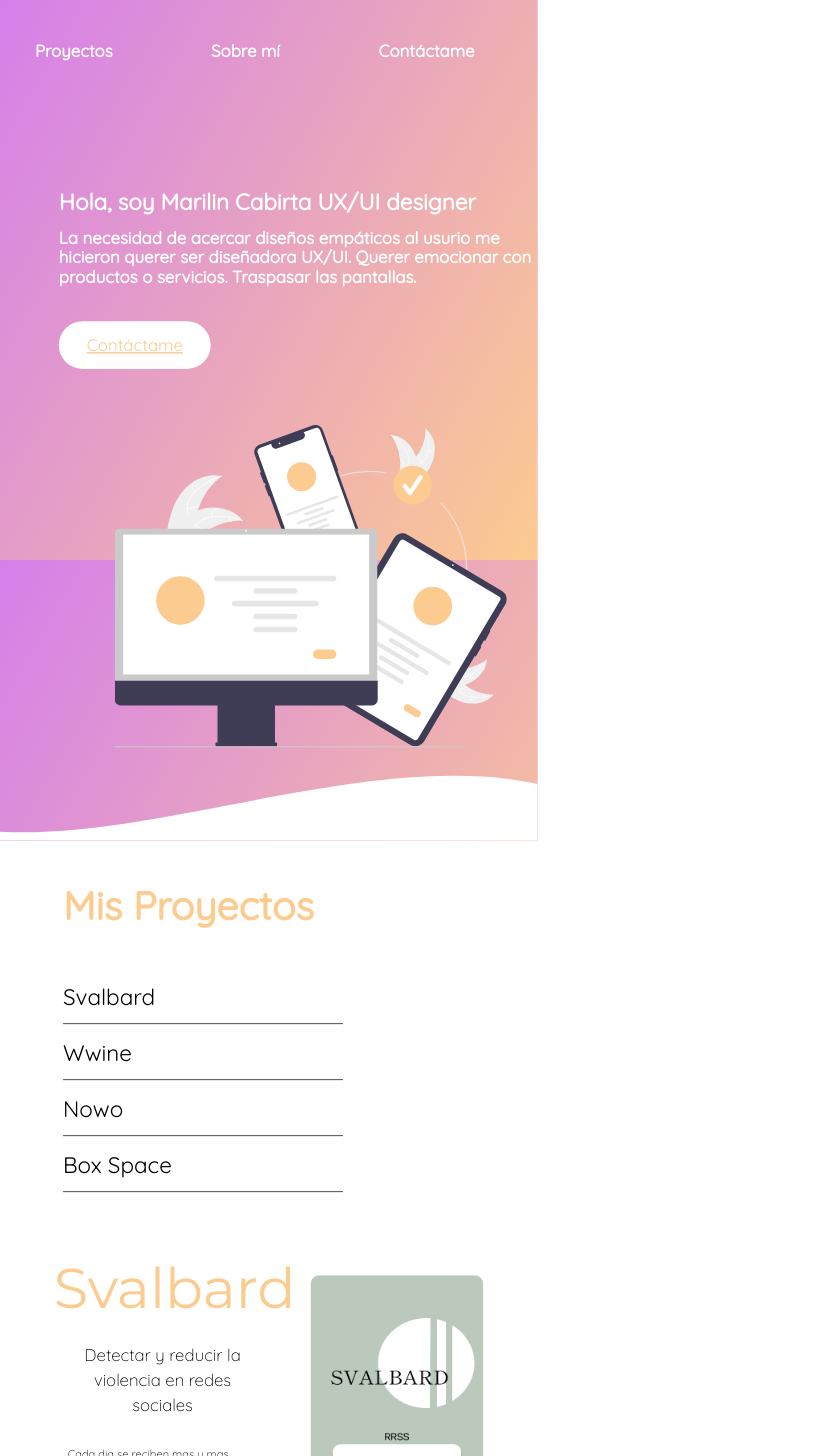
Repository: Marilyncabirta/portfolioHTML
Page: index.html
The author's editor kept a copy of each file at every save. The page is drawn from the files as they stood at one save, then again after the next save.
The browser window is 768 px wide. The page is 844 px wide, then 1177 px, so the pictures cover 1177 px, including what lies to the right of the window. The pictures show the part of the page from y = 0 to 2080 px (the page is 4852 px tall before and 4599 px after), at 70% of full size.
Backgrounds fixed to the window are drawn as part of the page. Some web libraries are served in a nearby version.

Above is the page before, as saved 2022-12-16 13:40:49.

### index.html
<!DOCTYPE html>
<html lang="es">
<head>
    <meta charset="UTF-8">
    <meta name="viewport" content="width=device-width, initial-scale=1.0">
    <title>Portafolio AlexCG</title>
    <link rel="stylesheet" href="css/normalize.css">
    <link rel="stylesheet" href="css/estilos.css">
    <link rel="preconnect" href="https://fonts.googleapis.com">
<link rel="preconnect" href="https://fonts.gstatic.com" crossorigin>
<link href="https://fonts.googleapis.com/css2?family=Montserrat:wght@100;400;700&family=Quicksand:wght@300;400&display=swap" rel="stylesheet">
</head>


<body>

    <header class="hero">
        <div class="contenedor">
            <nav class="nav">
                <a href="" class="nav__items nav__items--cta">Proyectos</a>
                <a href="" class="nav__items">Sobre mí</a>
                <a href="" class="nav__items">Contáctame</a>
            </nav>

            <section class="hero__contenedor">
                <div class="hero__texts">
                    <h1 class="hero__title">Hola, soy Marilin Cabirta UX/UI designer</h1>
                    <h2 class="hero_subtitle">La necesidad de acercar diseños empáticos al usurio me hicieron querer ser diseñadora UX/UI. Querer emocionar con productos o servicios. Traspasar las pantallas.</h2>
                    <a href="" class="hero_cta">Contáctame</a>
                </div>
                <div class="contenedor_ilustraciones">
                    <img class="hero_image" src="assets/hero1.svg" alt="marilincabirta">
                </div>
            </section>
        </div>
        <div>
            <div class="hero_wave" style= "overflow:hidden;" ><svg viewBox="0 0 500 150" preserveAspectRatio="none" style="height: 100%; width: 100%;"><path d="M-0.56,130.76 C150.00,150.00 349.20,-49.99 503.38,30.10 L500.00,150.00 L0.00,150.00 Z" style="stroke: none; fill: #fff;"></path></svg></div>
        </div>
    </header>

    <main >
        <section class="presentacion__container">
            <h2 class="subtitle--h2">Mis Proyectos</h2>
            <div class="lista">
                <ul>
                    <li><a class="nombres" href="#">Svalbard<a></li>
                        <div class="linea"></div>
                    <li><a class="nombres" href="#">Wwine</a></li>
                        <div class="linea"></div>
                    <li><a class="nombres" href="#">Nowo</a></li>
                        <div class="linea"></div>
                    <li><a class="nombres" href="#">Box Space</a></li>
                        <div class="linea"></div>

                </ul>
            </div>
        </section>

        <section class="about__container">
            <div class="about__texts">
                <h2 class="subtitle">Svalbard</h2>
                <p class="about__paragraph">Detectar y reducir la violencia en redes sociales</p>
                <p class="about__content">Cada dia se reciben mas y mas denuncias por acoso en redes, se usa la anonimidad para sacar a relucir lo peor del ser humano. En base a esto creamos SVALBARD. Desarrollada para conocer quien esta detrás de mensajes toxicos, fotos de perfil amigables, y cual es el historial de nuestros seguidores. Conoce más!</p>
                <a class="about__button" href="">Conoce más</a>
            </div>
            <div class="about__img">
                <img class="about__picture" src="assets/LOG IN.png"   alt="">
            </div>
        </section>

        <section class="about__container">
            <div class="about__img">
                <img src="assets/wwine mockup.jpg" class="about__picture"alt="">
            </div>
            <div class="about__texts">
                <h2 class="subtitle">Wwine</h2>
                <p class="about__paragraph">¿Quién no ha deseado alguna vez poder saber más de un vino antes de comprarlo?</p>
                <p class="about__content">Le damos forma a los deseos de todos los consumidores de vino y desarrollamos este dispositivo para poder conocer las propiedades olfativas de un vino antes de comprarlo. No nos crees? Te contamos más!</p>
                <a class="about__button" href="">Conoce más</a>
            </div>

        </section>

        <section class="about__container">
            <div class="about__texts">
                <h2 class="subtitle">Nowo</h2>
                <p class="about__paragraph">Mejoramos tu forma de viajar</p>
                <p class="about__content">Millones de personas se desplazan todos los días por ocio o por trabajo y su principal carga son las maletas. Venimos a revolucionar el concepto de viajar. Nosotros nos ocupamos de las maletas, ofreciéndote los packs más completos para que nada te falte!</p>
                <a class="about__button" href="">Conoce más</a>
            </div>
            <div class="about__img">
                <img src="assets/Nowo by rebellion 1.jpg" class="about__picture" alt="">
            </div>
        </section>

        <section class="about__container">
            <div class="about__img">
                <img src="assets/mock uo.jpg" class="about__picture" alt="">
            </div>
            <div class="about__texts">
                <h2 class="subtitle">Box Space</h2>
                <p class="about__paragraph">Como conseguimos que haya más usuarios en los parques urbanos?</p>
                <p class="about__content">Esta App fue creada para mejorar la asistencia a los parques urbanos. En un mundo con prisas, acercamos la tecnología y la era digital a aquellos entornos naturales que nos encanta disfrutar, pero que todavía no nos permiten desarrollar todas nuestras facetas diarias cómodamente.Descúbrela!</p>
                <a class="about__button" href="">Conoce más</a>
            </div>

        </section>

    </main>

    <footer class="footer">
        <div container class="container footer__grid">
            <nav class="nav nav--footer">
                <a class="nav_items nav__items--footer" href="">Inicio </a>
                <a class="nav_items nav__items--footer" href="">Sobre mí</a>
                <a class="nav_items nav__items--footer" href="">Proyectos</a>
            </nav>

            <section class="footer__contact">
                <h3 class="footer__title"> Contáctame</h3>
                <div class="footer__icons">
                    <span class="footer__container-icons">
                        <a href="#" class="fab fa-medium footer__icon"></a>
                    </span>
                    <span class="footer__container-icons">
                        <a href="#" class="fab fa-linkedin footer__icon"></a>
                    </span>
                    <span class="footer__container-icons">
                        <a href="#" class="fab fa-mailchimp footer__icon"></a>
                    </span>

                </div>
            </section>



        </div>
    </footer>







    <script src="https://kit.fontawesome.com/b4fd9d412c.js" crossorigin="anonymous"></script>
</body>
</html>

### css/estilos.css

@import url('https://fonts.googleapis.com/css2?family=Montserrat:wght@100;400;700&family=Quicksand:wght@300;400&display=swap');


:root{
    --background:linear-gradient(120deg,#d57feb   0%,#fccb90 100%);
    --color-secondary:#fccb90;
    --color-primary: white;
    --boton-padding: 20px 40px;
}
body{

    font-family: 'Montserrat', sans-serif;
    font-family: 'Quicksand', sans-serif;
}

.hero{
    width:100%;
    background-image: var(--background);
    background-repeat: no-repeat;
    background-attachment: fixed;
    position: relative;
}

.contenedor{
  padding: 20px;

}
.hero__contenedor{
    width: 100%;
    max-width: 1140px;
    height: fit-content;
    display: grid;
    grid-template-columns: 1fr 1fr ;
    height: 100%;
    justify-content: space-evenly;
    align-items: center;
    padding-bottom: 50px;
    margin: 60px;

}


.contenedor_ilustraciones{
    width: 800px;
    height: auto;
    text-align: center;
    justify-content: center;
}

.hero__texts{
    width: 50%;
    height: inherit;
    color: white;
    margin-top: 20px;
    margin: 0 60px;
}
.hero_image{
    width: 70%
}

.hero_wave{
    position: absolute;
    bottom: 0;
    left: 0;
    height: 100px;
    width: 100%;
}

.nav{
    display: flex;
    justify-content: flex-end;
    height: 80px;
    align-items: right;
    font-weight: 700;
    margin-top: 30px;

}

.nav--footer{
    font-weight: 300;
    justify-content: flex-start;
}

.nav__items{
    color: white;
    text-decoration: none;
    font-size: 32px;
    padding: 20px 15px;
    margin-right: 40px;
    font-weight: inherit;
}

.nav__items--cta{
    border: 2px solid white;
    border-radius: 40px;
}

.nav__items:hover{
    text-decoration: underline;
}
.nav__items--footer{
    padding: 10px;
}



.hero_cta{
    display: inline-block;
    font-size: 24px;
    background-color: var(--color-primary);
    color: #fccb90;
    padding: 20px 40px;
    margin-top: 30px;
    border-radius: 40px;
    text-align: center;
    justify-content: center;
}

.hero__texts{
    width: 90%;
    margin: 40px;
}

.hero__title{
    font-size: 60px;
    margin-top: 80px;

}

.hero__subtitle{
    font-size: 2rem;
    font-weight: 400;
    margin: 20px 0;
}

/* presentacion proyectos */



.presentacion__container{
    width: 60%;
    height: auto;
    padding-top: 0;
    text-align: center;
    text-decoration: none;
    margin-left: 50px;
}

.subtitle{
    font-size: 56px;
    color:var(--color-secondary);
    padding-bottom: 10px;
    font-weight: 700;
    text-align: center;
    margin: 40px;
}
.subtitle--h2{
    font-size: 56px;
    color:var(--color-secondary);
    padding-bottom: 10px;
    font-weight: 700;
    text-align: center;
    margin: 60px 40px;
    text-align: left;
}

.presentacion__container li{
    font-size: 32px;
    margin-top: 10px;
    padding: 10px 0;
    text-decoration: none;
}

.lista li{
 text-decoration: none;
 list-style: none;
 text-align: left;

}

.lista a{
    text-decoration: none;
    color: black;

}

.lista li:hover{
    font-size: 3.5rem;
    transition: 1s;
}

.lista div{
    border-top: 1px solid black;
    height: 2px;
    max-width: 400px;
    padding: 0;
    margin: 10px 0 auto 0;

}

.about__container{
    width: 70%;
    min-height: 800px;
    max-width: 1300px;
    height: auto;
    display: grid;
    grid-template-columns: 1fr 1fr ;
    margin: 60px auto;
    background-color: var(--color-primary);
    align-items: center;

}

.about__texts{

    justify-content: center;
    text-align: left;
    margin: 20px ;

}
.about__img{
     justify-content: center;
    text-align: center;
    margin: 20px;

}

.subtitle{
    font-size: 80px;
    font-family: "Montserrat";
    font-weight: 400;
    margin: 10px auto;

}



.about__picture{
    width: 250px;
    height: 500px;
    max-height: 800px;
}

.about__paragraph{
    margin: 20px;
    line-height: 1.5;
    font-weight: 300;
    font-size: 24px;
}

.about__content{
    font-size: 16px;
    margin: 40px 20px;
    text-align: left;
    line-height: 1.5;
    font-weight: 300;
}

.about__button{
    margin: 60px 20px;
    padding: 10px 10px;
    background-color:var(--color-secondary);
    color: white;
    border-radius: 20px;
    text-align: center;
    text-decoration: none;
}

/* footer */

.footer{
    background:var(--background);
    padding-bottom: 40px;



}

.footer__grid{
    display: grid;
    grid-template-columns: 3fr 2fr;
    gap: 20px;
    align-items: center;
    margin: 40px;
}

.nav_items{
    text-decoration: none;
    color: white;
    font-size: 20px;
    margin:0 0 0 10px;
}

.footer__title{
    font-weight: 400;
    color: white;
    font-size:2rem ;
    margin-bottom: 20px;
    text-align: center;
}

.footer__icons{
    display: flex;
    justify-content: space-evenly;
    font-size: 32px;
}

.footer__container-icons{
    display: inline-block;
    width: 60px;
    height: 60px;
    color: white;
    text-align: center;
    border: 1px solid white;
    border-radius: 50%;

}

.footer__icon{
    color: white;
    text-decoration: none;
    font-size: 30px;

}

.fab.footer__icon{
line-height: 60px;
text-decoration: underline;
}


/* responsive design */

@media screen and (max-width:800px){
        :root{
            --botton-padding:18px 40px;
        }

        .nav{
            justify-content:space-between
        }
        .nav__items--cta{
            border: none;
        }

        .nav__items{
            color: white;
            text-decoration: none;
            font-size: 24px;
            padding: 10px 30px;
            font-weight: inherit;
        }

        .nav__items--footer{
            border: none;
        }

        .hero__contenedor{
            display: grid;
            grid-template-columns: 1fr ;
            justify-content: center;
            align-items: center;


        }


        .hero__title{
            font-size: 2rem;
            margin-bottom: 20px;
        }

        .about__container{
            width: 80%;
            min-height: 600px;
        }
        .about__texts{
            width: 90%;
            justify-content: center;
            text-align: center;
            margin: 20px 0px;

        }

        .hero_image{
            width: 70%;
        }

        .presentacion__container{
            width: 100%;
        }

         .about__img{
            width: auto;
            text-align: center;
        }
    .footer{
        width: 100%;
        height: 200px;
    }
}

@media screen and (max-width:500px){

    :root{
        --botton-padding:15px 20px;
    }

    .hero{
        width: 100%;
        height: auto;
        position: relative;
    }
    .hero__contenedor{
        width: 100%;
        display: grid;
        grid-template-columns: 1fr;
        height: 100%;
        justify-content: center;
        align-items: center;
        padding-bottom: 80px;

    }
    .nav{
        flex-wrap: nowrap;
        justify-content: space-evenly;
        margin-top: 10px;

    }
    .nav__items--cta{
        border: none;
    }

    .nav__items{
        color: white;
        text-decoration: none;
        font-size: 20px;
        padding: 10px 20px;
        margin-right: 20px;

    }

    .nav__items--footer{
        border: none;
    }


    .hero__texts{
        margin-bottom: 50px;
        text-align: center;
    }
    .hero__title{
        font-size: 2rem;
        margin-bottom: 20px;
    }

    .hero__subtitle{
        font-size: 2rem;
        margin-bottom: 20px;
    }


    /* about */

    .subtitle{
        font-size: 2.5rem;
    }
    .about__paragraph{
        margin: 10px 10px;
        line-height: 1.5;
        font-weight: 300;
        font-size: 16px;
        text-align: left;
    }

    .about__content{
        font-size: 16px;
        margin: 10px 10px 40px 10px ;
        text-align: left;
        line-height: 1.5;
        font-weight: 300;
    }

    .nombres{
        font-size: 24px;
    }

    .about__container{
        width: 80%;
        min-height: 600px;
        height: auto;
        display: grid;
        margin: 20px auto;
        background-color: var(--color-primary);
        align-items: center;
     }

     .about__picture{
        width: 140px;
        height: 300px;
        max-height: 800px;

    }
     .contenedor_ilustraciones{
        width: 100%;
        height: auto;
        text-align: center;
        justify-content: center;
    }

    .about__texts:nth-child(2), :nth-child(4){
        grid-row: 1/2;
     }

     /* Footer */
     }

Loaded but not shown: css/normalize.css (library)

After the next save:
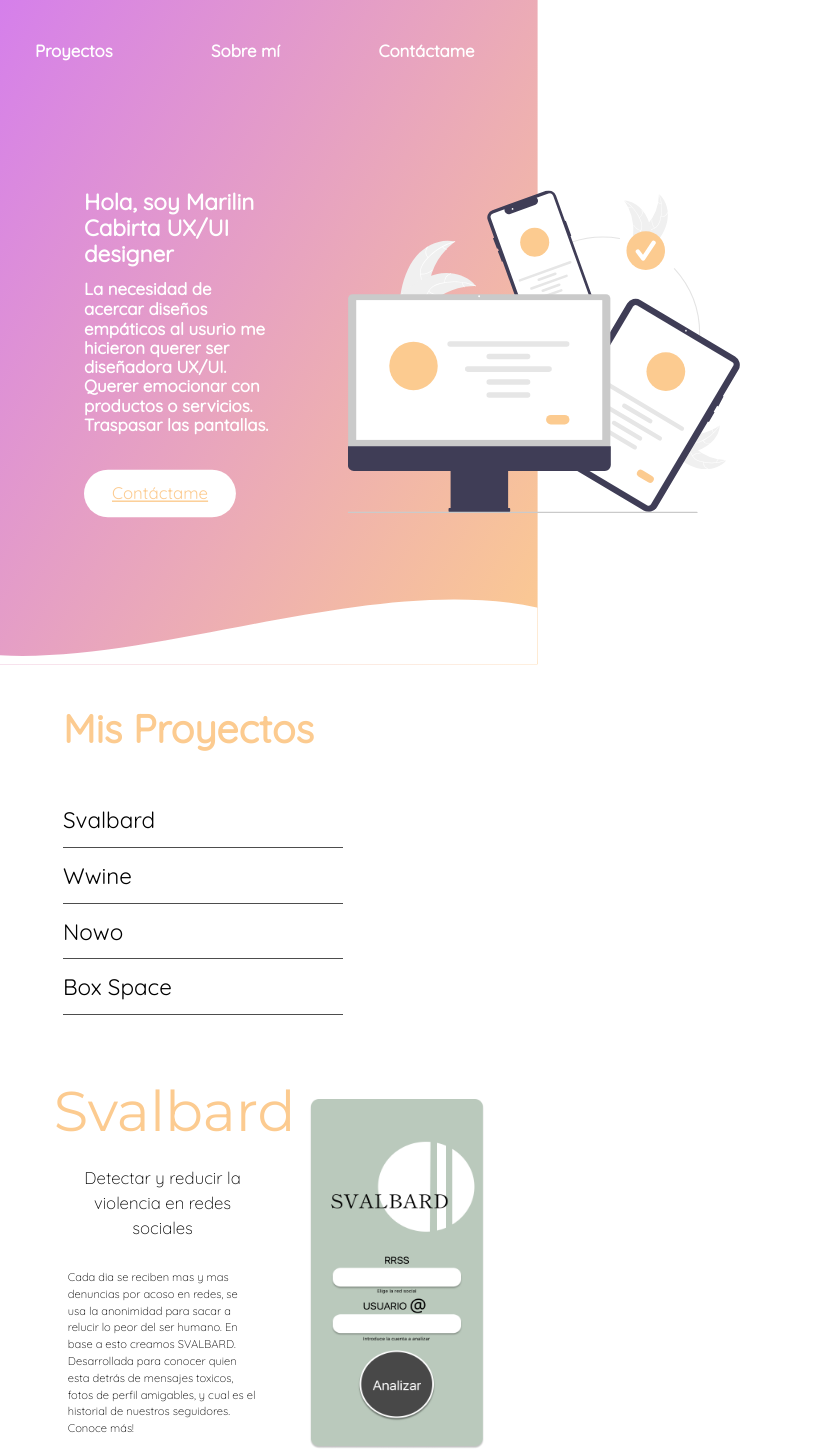
Saved 3 min 11 s later.
--- a/css/estilos.css
+++ b/css/estilos.css
@@ -356,15 +356,6 @@ text-decoration: underline;
             border: none;
         }
 
-        .hero__contenedor{
-            display: grid;
-            grid-template-columns: 1fr ;
-            justify-content: center;
-            align-items: center;
-
-
-        }
-
 
         .hero__title{
             font-size: 2rem;
